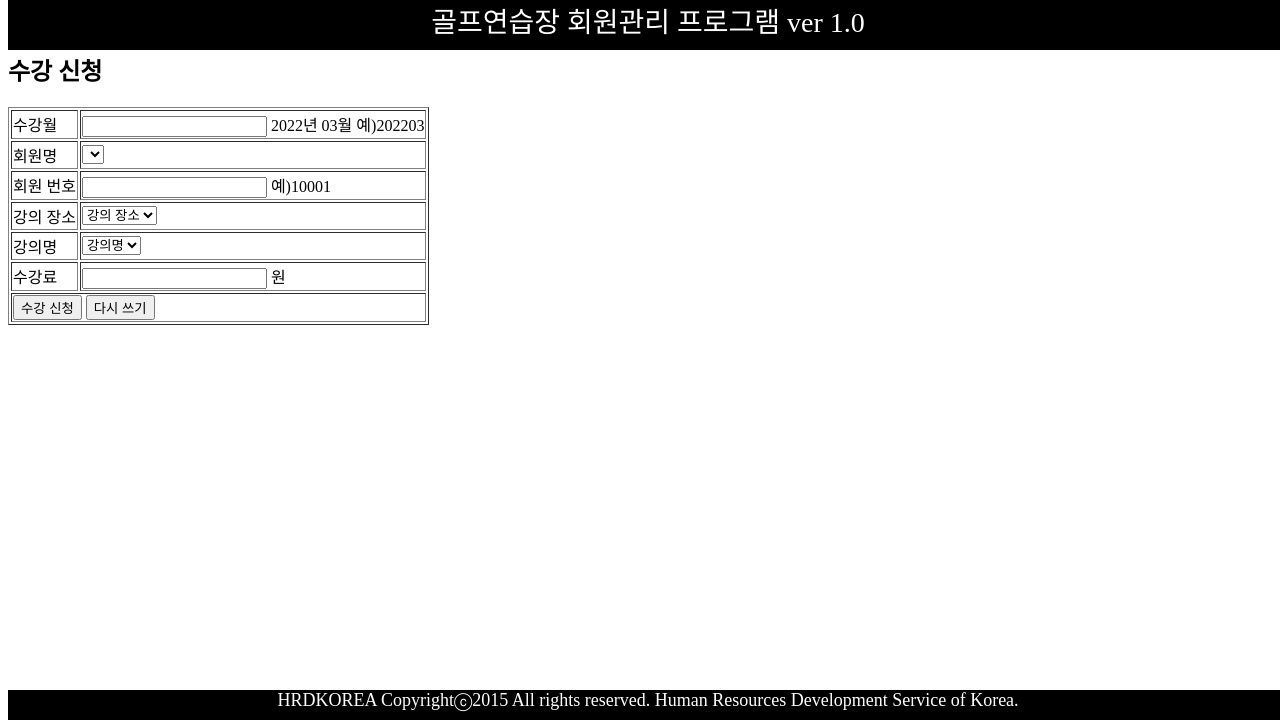
Repository: wwwxsv19/HRDkorea
Page: http://localhost/golf/insert.jsp
An editor plug-in stored every save of this project. The page is shown before and after the next save, followed by the edit.
The browser window is 1280 px wide. The pictures show the whole page.
The page is served by Tomcat 9. Queries for data that is not in the repository find no rows.

Above is the page before, as saved 2024-06-25 08:29:16.

After the next save:
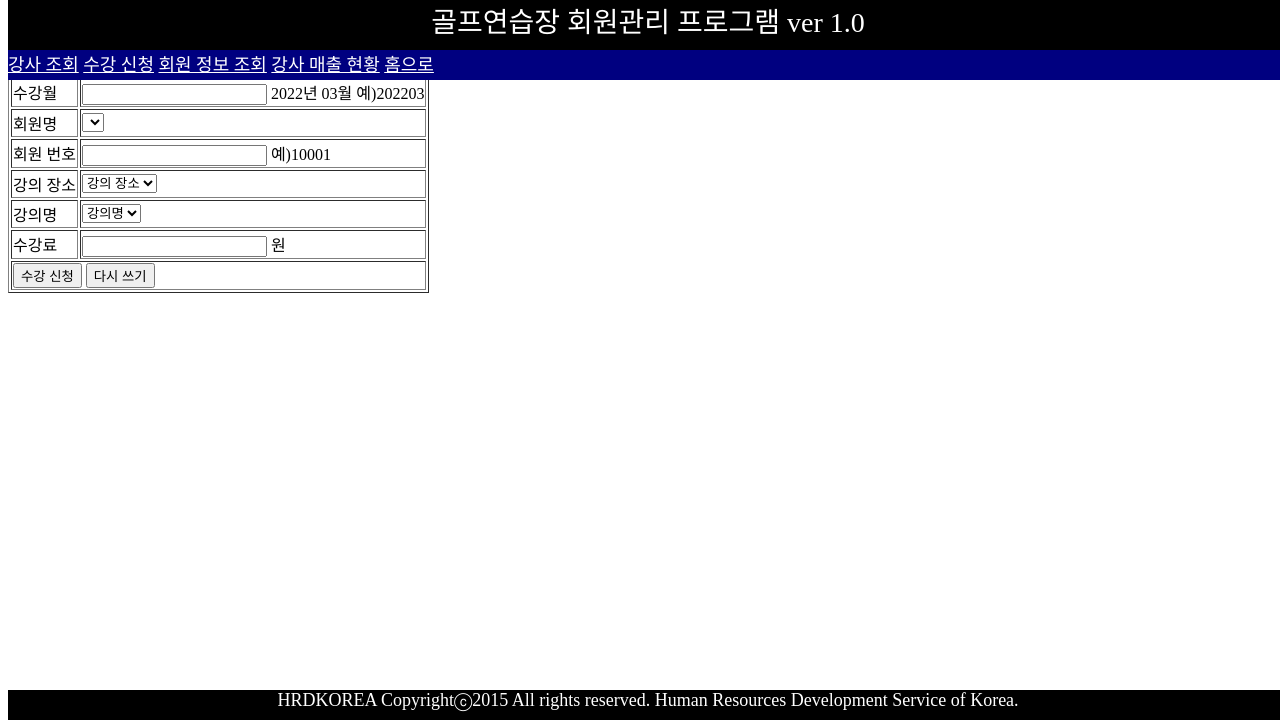
Saved 30 s later.
--- a/golf/golf/src/main/webapp/style.css
+++ b/golf/golf/src/main/webapp/style.css
@@ -5,11 +5,15 @@
 	text-align : center; font-size : 28px;
 }
 
-header {
+nav {
 	position : fixed; top : 50px;
 	width : 100%; height : 30px;
-	background-color : black; color : white;
-	text-align : center; font-size : 28px;
+	background-color : navy; font-size : 18px;
+}
+
+nav > a {
+	color : white;
+	font-
 }
 
 header {
